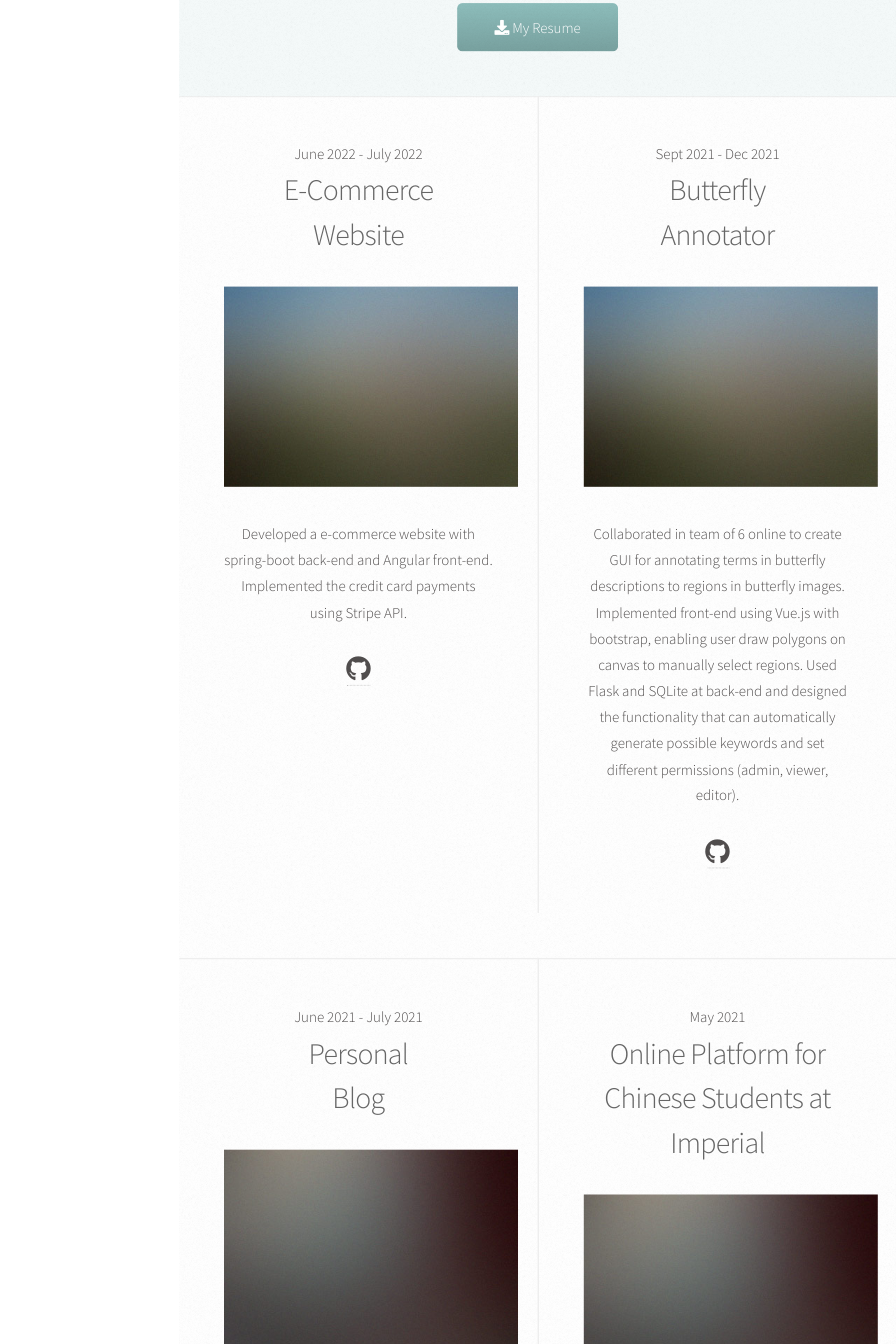
Repository: Felixqxz/Felixqxz.github.io
Page: index.html
An editor plug-in stored every save of this project. The page is shown before and after a run of saves, followed by the edit.
The browser window is 1280 px wide. The pictures show the part of the page from y = 1478 to 3398 px (the page is 5614 px tall), at 70% of full size.

Above is the page before, as saved 2022-07-28 23:44:52.

### index.html
<!DOCTYPE HTML>
<!--
	Prologue by HTML5 UP
	html5up.net | @ajlkn
	Free for personal and commercial use under the CCA 3.0 license (html5up.net/license)
-->
<html>
	<head>
		<title>Prologue by HTML5 UP</title>
		<meta charset="utf-8" />
		<meta name="viewport" content="width=device-width, initial-scale=1, user-scalable=no" />
		<link rel="stylesheet" href="assets/css/main.css" />
	</head>
	<body class="is-preload">

		<!-- Header -->
			<div id="header">

				<div class="top">

					<!-- Logo -->
						<div id="logo">
							<span class="image avatar48"><img src="images/avatar.jpg" alt="" /></span>
							<h1 id="title">Xingzhi Qian</h1>
							<p>Imperial College London</p>
						</div>

					<!-- Nav -->
						<nav id="nav">
							<ul>
								<li><a href="#top" id="top-link"><span class="icon solid fa-home">Intro</span></a></li>
								<li><a href="#about" id="about-link"><span class="icon solid fa-user">About Me</span></a></li>
								<li><a href="#portfolio" id="portfolio-link"><span class="icon solid fa-th">Portfolio</span></a></li>
								<!-- <li><a href="#contact" id="contact-link"><span class="icon solid fa-envelope">Contact</span></a></li> -->
							</ul>
						</nav>

				</div>

				<div class="bottom">

					<!-- Social Icons -->
						<ul class="icons">
							<li><a href="https://github.com/Felixqxz" class="icon brands fa-github"><span class="label">Github</span></a></li>
							<li><a href="https://www.linkedin.com/in/felixqian" class="icon brands fa-linkedin"><span class="label">LinkedIn</span></a></li>
							<li><a href="mailto: xingzhi.qian19@imperial.ac.uk" class="icon solid fa-envelope"><span class="label">Email</span></a></li>
							<li><a href="https://www.instagram.com/felix_qxz" class="icon brands fa-instagram"><span class="label">Instagram</span></a></li>
						</ul>

				</div>

			</div>

		<!-- Main -->
			<div id="main">

				<!-- Intro -->
					<section id="top" class="one dark cover">
						<div class="container">

							<header>
								<h2 class="alt">Hi! I'm <strong>Xingzhi (Felix)</strong>,</h2>
								<h2>a fourth year MEng Computing student at</h2>
								<h2>Imperial College London</h2>
							</header>

							<footer>
								<a href="#about" class="button scrolly">Explore more</a>
							</footer>

						</div>
					</section>


					<!-- About Me -->
					<section id="about" class="three">
						<div class="container">

							<header>
								<h2>About Me</h2>
							</header>

							<a href="#" class="image featured"><img src="images/pic08.jpg" alt="" /></a>

							<p>I'm Xingzhi (Felix) Qian, a fourth year MEng student studying computing (Artificial Intelligence and Machine Learning) at Imperial College London. </p>
							<p>I was born in Changshu, a beautiful city on the east coast of China. I love music, sports, playing games and travelling in my spare time.
								I'm really enthusiastic about learning latest technologies and new skills.
							</p>

						</div>
					</section>

					<!-- Portfolio -->
					<section id="portfolio" class="two">
						<div class="container">

							<header>
								<h2>Portfolio</h2>
							</header>

							<a href="assets/CV.pdf" class="button" target="_blank"><i class="fa fa-download"></i>  My Resume</a>

						</div>
					</section>

					<section class="posts">
						<article>
							<header>
								<span class="date">June 2022 - July 2022</span>
								<h2>E-Commerce<br />
								Website</a></h2>
							</header>
							<img src="images/pic02.jpg" alt="" /><br><br>
							<p>Developed a e-commerce website with spring-boot back-end and Angular front-end. Implemented the credit card payments using Stripe API.

							</p>
							<a href="https://github.com/Felixqxz/butterfly-annotator" class="icon brands fa-github" style="font-size:36px"><span class="label">Github</span></a>
						</article>
						<article>
							<header>
								<span class="date">Sept 2021 - Dec 2021</span>
								<h2>Butterfly<br />
								Annotator</a></h2>
							</header>
							<img src="images/pic02.jpg" alt="" /><br><br>
							<p>Collaborated in team of 6 online to create GUI for annotating terms in butterfly descriptions to regions in butterfly images.
							Implemented front-end using Vue.js with bootstrap, enabling user draw polygons on canvas to manually select regions.
							Used Flask and SQLite at back-end and designed the functionality that can automatically generate possible
							keywords and set different permissions (admin, viewer, editor).
							</p>
							<a href="https://github.com/Felixqxz/butterfly-annotator" class="icon brands fa-github" style="font-size:36px"><span class="label">Github</span></a>
						</article>
						<article>
							<header>
								<span class="date">June 2021 - July 2021</span>
								<h2>Personal<br />
								Blog</h2>
							</header>
							<img src="images/pic03.jpg" alt="" /><br><br>
							<p>Created and built up the personal blog that enables different users to add their own blogs with Markdown format.
								Implemented front-end using Vue with element-UI, and back-end using Spring boot with MySQL. Used JWT (JSON Web Tokens) to ensure
								security between front-end and back-end.
							</p><br><br>
							<a href="https://github.com/Felixqxz/blog" class="icon brands fa-github" style="font-size:36px"><span class="label">Github</span></a>
						</article>
						<article>
							<header>
								<span class="date">May 2021</span>
								<h2>Online Platform for<br />
									 Chinese Students at Imperial</h2>
							</header>
							<img src="images/pic03.jpg" alt="" /><br><br>
							<p>Built up a mobile app that provides a platform for Chinese students at Imperial College to post problem that they would like to ask or share.
								Interviewed a few Chinese students in different years at Imperial and improved the software based on their feedback during the project iterations.
								Implemented using Swift for both front-end and back-end with Firebase as cloud-based NoSQL database.

							</p><br><br>
							<a href="https://github.com/Felixqxz/drp" class="icon brands fa-github" style="font-size:36px"><span class="label">Github</span></a>
						</article>
						<article>
							<header>
								<span class="date">Oct 2020 - Dec 2020</span>
								<h2>WACC<br />
								Compiler</h2>
							</header>
							<img src="images/pic03.jpg" alt="" /><br><br>
							<p>Worked in team of 4 online to build up Wacc compiler that generates assembly code using Java. Wacc is a simple language for educational purposes.
								Generated the language parser and constructed abstract syntax tree using ANTLR tool.
								Allowed for syntax and semantic checking of inputs and generate error messages according to both syntax and semantic error.


							</p><br><br>
							<a href="https://github.com/Felixqxz/Wacc" class="icon brands fa-github" style="font-size:36px"><span class="label">Github</span></a>
						</article>
						<article>
							<header>
								<span class="date">June 2018 - July 2018</span>
								<h2>Cataracts Classification<br /> Using SqueezeNet</h2>
							</header>
							<img src="images/pic03.jpg" alt="" /><br><br>
							<p>Used SqueezeNet, a deep neural network with few parameters, on cataracts classification that can help
								ophthalmologists diagnose different types of cataracts with images, achieving accuracy on test data at 96%.
								Generated and applied data augmentation to preprocess data for labeled datasets, and trained model with
								transfer learning using Keras and TensorFlow.
								Came up with the idea from volunteering in ophthalmology department and finding it took ophthalmologists
								time to diagnose different types of cataracts.


							</p>
							<a href="https://github.com/Felixqxz/cataracts-classification" class="icon brands fa-github" style="font-size:36px"><span class="label">Github</span></a>
						</article>
					</section>



				<!-- Contact -->
					<!-- <section id="contact" class="four">
						<div class="container">

							<header>
								<h2>Contact</h2>
							</header>

							<p>Elementum sem parturient nulla quam placerat viverra
							mauris non cum elit tempus ullamcorper dolor. Libero rutrum ut lacinia
							donec curae mus. Eleifend id porttitor ac ultricies lobortis sem nunc
							orci ridiculus faucibus a consectetur. Porttitor curae mauris urna mi dolor.</p>

							<form method="post" action="#">
								<div class="row">
									<div class="col-6 col-12-mobile"><input type="text" name="name" placeholder="Name" /></div>
									<div class="col-6 col-12-mobile"><input type="text" name="email" placeholder="Email" /></div>
									<div class="col-12">
										<textarea name="message" placeholder="Message"></textarea>
									</div>
									<div class="col-12">
										<input type="submit" value="Send Message" />
									</div>
								</div>
							</form>

						</div>
					</section> -->

			</div>

		<!-- Footer -->
			<div id="footer">

				<!-- Copyright -->
					<ul class="copyright">
						<li>&copy; Copyright © 2022 Xingzhi Qian All Rights Reserved.</li><br>
						<li>&copy; Created by Xingzhi Qian </li>
					</ul>

			</div>

		<!-- Scripts -->
			<script src="assets/js/jquery.min.js"></script>
			<script src="assets/js/jquery.scrolly.min.js"></script>
			<script src="assets/js/jquery.scrollex.min.js"></script>
			<script src="assets/js/browser.min.js"></script>
			<script src="assets/js/breakpoints.min.js"></script>
			<script src="assets/js/util.js"></script>
			<script src="assets/js/main.js"></script>

	</body>
</html>

Loaded but not shown: assets/css/fontawesome-all.min.css (library); assets/js/jquery.min.js (library); assets/js/jquery.scrolly.min.js (common file); assets/js/jquery.scrollex.min.js (common file); assets/js/browser.min.js (common file); assets/js/breakpoints.min.js (common file); assets/js/util.js (587 lines, source omitted); assets/js/main.js (123 lines, source omitted); assets/css/main.css (2799 lines, source omitted)

After the next 2 saves:
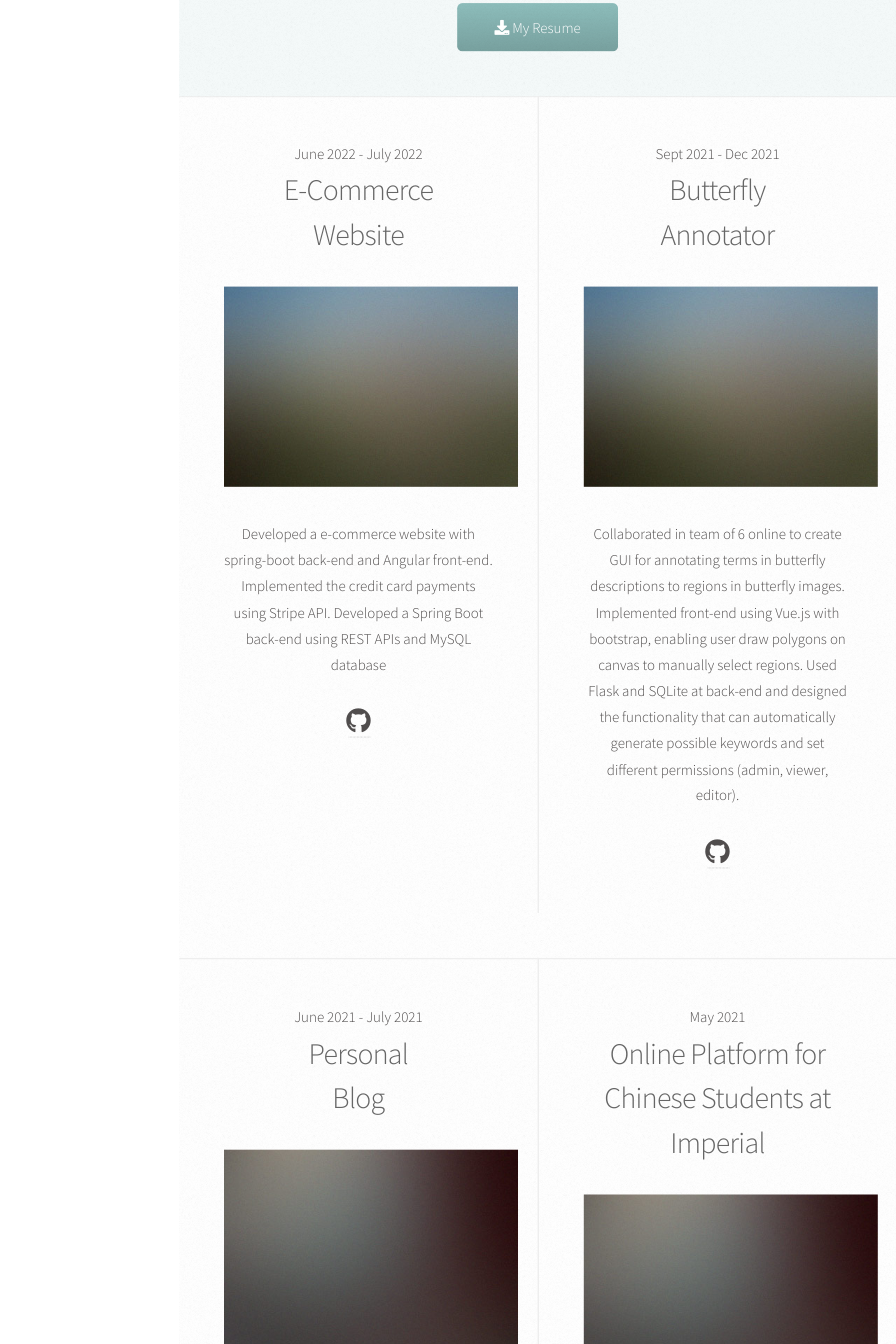
The 2 saves are shown as one change because they came seconds apart.
The last was saved 38 s later.
--- a/index.html
+++ b/index.html
@@ -112,7 +112,7 @@
 							</header>
 							<img src="images/pic02.jpg" alt="" /><br><br>
 							<p>Developed a e-commerce website with spring-boot back-end and Angular front-end. Implemented the credit card payments using Stripe API.
-
+								Developed a Spring Boot back-end using REST APIs and MySQL database
 							</p>
 							<a href="https://github.com/Felixqxz/butterfly-annotator" class="icon brands fa-github" style="font-size:36px"><span class="label">Github</span></a>
 						</article>
